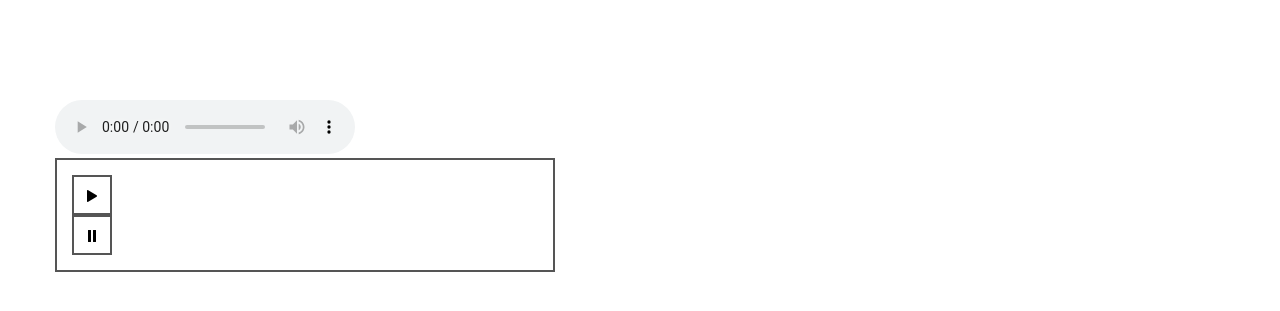
Repository: khanhbinh87/learnJs
Page: customSelect/customAudio/index.html
These files come from the project's save history. The page is drawn as it stood at one moment and after a run of saves; the edit follows.
The browser window is 1280 px wide. The pictures show the whole page.

Above is the page before, as saved 2021-06-18 10:58:00.

### customSelect/customAudio/index.html
<!DOCTYPE html>
<html lang="en">
<head>
    <meta charset="UTF-8">
    <meta name="viewport" content="width=device-width, initial-scale=1.0">
    <title>Document</title>
    <link rel="stylesheet" href="style.css">
    <link rel="stylesheet" href="http://code.ionicframework.com/ionicons/2.0.1/css/ionicons.min.css">
</head>
<body>

           <div class="container">
                <audio controls>
                    <source src="https://vnso-zn-10-tf-mp3-320s1-zmp3.zadn.vn/0f74a736f871112f4860/4084563648249736801?authen=exp=1624160308~acl=/0f74a736f871112f4860/*~hmac=8aded0aa83c266eba4c54500bdad9f96&fs=MTYyMzk4NzUwOTAwNnx3ZWJWNnwxMDI0ODQ3MzE5fDE3MS4yNDgdUngMTU5LjE2Ng" type="audio/ogg">

                    Your browser does not support the audio tag.
                </audio>

                <div class="custom-audio">
                <div class="controls">
                        <div class="play">
                            <i class="ion-play"></i>
                        </div>
                        <div class="pause">
                            <i class="ion-pause"></i>
                        </div>
                </div>
                </div>
           </div>

</body>
    <script src="main.js"></script>
</html>

### customSelect/customAudio/style.css
*{margin: 0;padding: 0;box-sizing: border-box;}

.container{
    width: 1170px;
    margin: 100px auto;
}
.custom-audio{
    width: 500px;
    padding: 15px;
    border: 2px solid #555;
}
.custom-audio .play , .custom-audio .pause{
    width: 40px;
    height: 40px;
    text-align: center;
    line-height: 40px;
    border: 2px solid #555;
    bd
}

Loaded but not shown: customSelect/customAudio/main.js (no stored copy; drawn as an empty file)

After the next 3 saves:
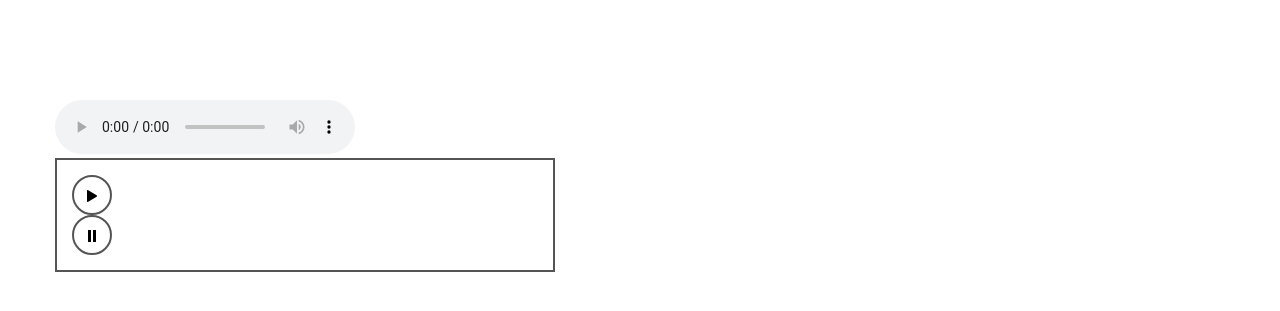
The 3 saves are shown as one change because they came seconds apart.
The last was saved 8 s later.
--- a/customSelect/customAudio/style.css
+++ b/customSelect/customAudio/style.css
@@ -15,5 +15,5 @@
     text-align: center;
     line-height: 40px;
     border: 2px solid #555;
-    bd
+    border-radius: 50%;
 }
